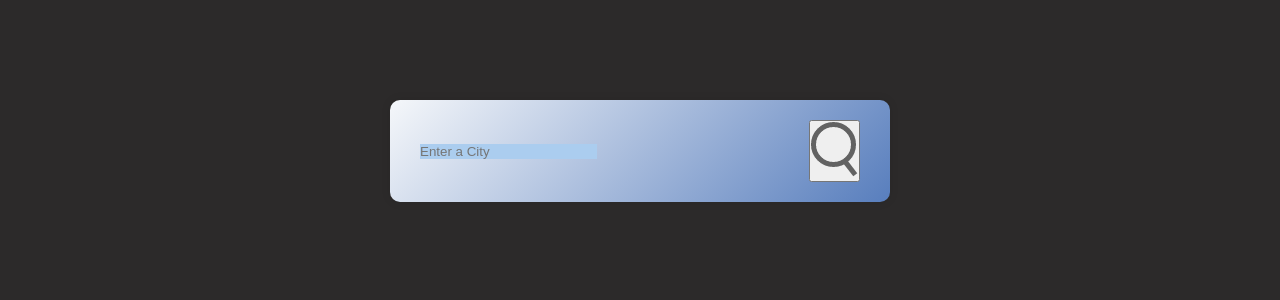
Repository: Haakim19/weatherApp
Page: index.html
The author's editor kept a copy of each file at every save. The page is drawn from the files as they stood at one save, then again after the next save.
The browser window is 1280 px wide. The pictures show the whole page.

Above is the page before, as saved 2024-11-16 21:03:16.

After the next save:
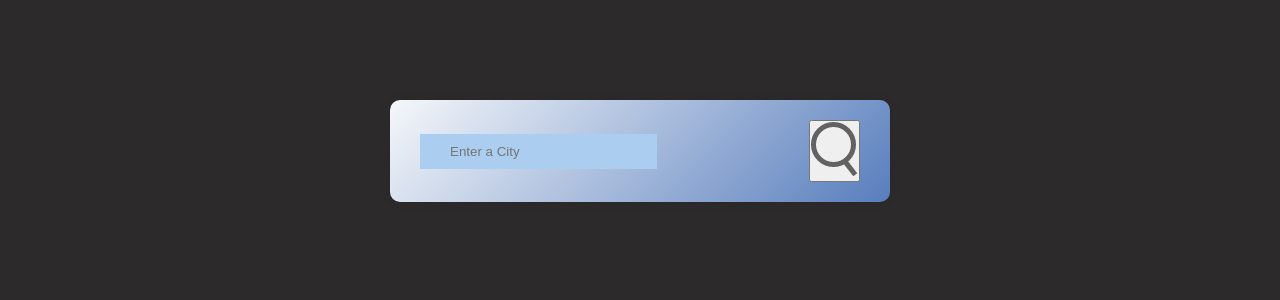
Saved 19 s later.
--- a/style.css
+++ b/style.css
@@ -29,4 +29,5 @@ body{
     border:0;
     outline:0;
     background: #abcdef;
+    padding: 10px 30px;
 }
